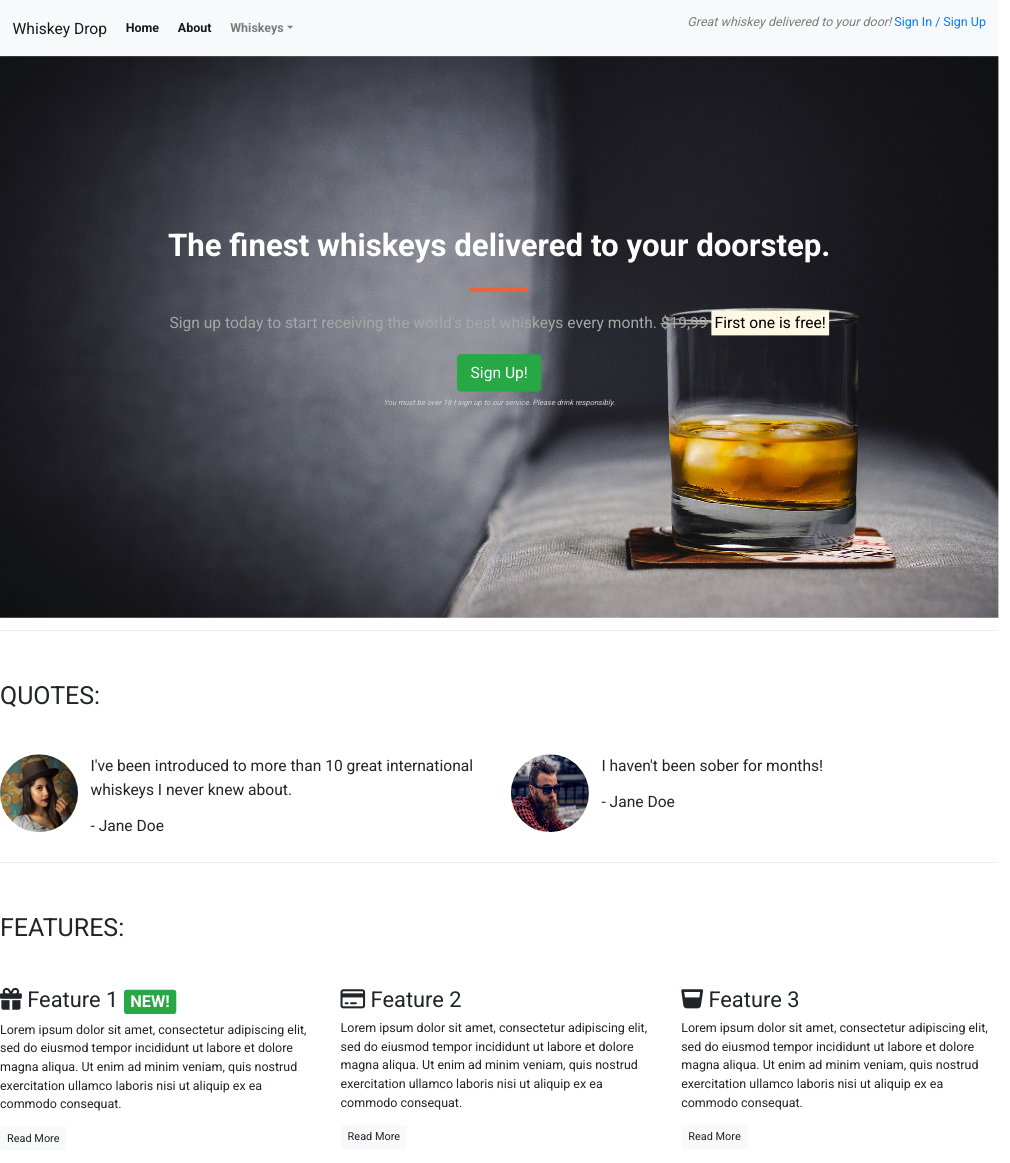
Repository: nitr-am/whiskey-project
Page: index.html
The author's editor kept a record of every edit. The page is drawn from the files as they stood at one moment, then again after the next edit.
The browser window is 1280 px wide. The page is 1295 px wide, so the pictures cover 1295 px, including what lies to the right of the window. The pictures show the whole page, at 78% of full size.
Backgrounds fixed to the window are drawn as part of the page. Some web libraries are served in a nearby version.

Above is the page before.

### index.html
<!DOCTYPE html>
<html lang="en-us">

<head>
    <meta charset="utf-8">
    <meta name="viewport" content="width=device-width, initial-scale=1.0">
    <title>Whiskey Drop | Taste a new whiskey every month</title>
    <link rel="stylesheet" href="https://maxcdn.bootstrapcdn.com/bootstrap/4.1.3/css/bootstrap.min.css">
    <script src="https://kit.fontawesome.com/079375249b.js"></script>
    <link href="https://fonts.googleapis.com/css?family=Roboto:400,700&display=swap" rel="stylesheet">
    <link rel="stylesheet" href="css/style.css" type="text/css" />
</head>

<body>
    <nav class="navbar navbar-light bg-light navbar-expand-sm">
        <a href="#" class="navbar-brand">Whiskey Drop</a>

        <button class="navbar-toggler ml-auto" type="button" data-toggle="collapse" data-target="#navbarNavDropdown" aria-controls="navbarNavDropdown" aria-expanded="false" aria-label="Toggle navigation">
            <span class="navbar-toggler-icon"></span>
        </button>
        <div class="collapse navbar-collapse" id="navbarNavDropdown">
            <ul class="navbar-nav mr-auto">
                <li class="active nav-item mr-2"><a href="/" class="nav-link">Home</a></li>
                <li class="active nav-item mr-2"><a href="/about" class="nav-link">About</a></li>
                <li class="nav-item dropdown">
                    <a class="nav-link dropdown-toggle" href="#" id="navbarDropdownMenuLink" role="button" data-toggle="dropdown" aria-haspopup="true" aria-expanded="false">Whiskeys</a>

                    <div class="dropdown-menu" aria-labelledby="navbarDropdownMenuLink">
                        <a class="dropdown-item" href="#">Irish</a>
                        <a class="dropdown-item" href="#">Scotch</a>
                        <a class="dropdown-item" href="#">Japanese</a>
                        <a class="dropdown-item" href="#">American</a>
                    </div>
                </li>
                <li class="active nav-item mr-2 d-block d-sm-none"><a href="/login" class="nav-link">Sign In / Sign Up</a></li>
            </ul>
        </div>
        <div class="d-none d-md-block">
            <p class="navbar-text my_auto -mr-2"><i>Great whiskey delivered to your door!</i></p>
            <a href="/login">Sign In / Sign Up</a>
        </div>
    </nav>


   <!--
   <div class="container alert-container">
        <div class="row d-none d-sm-block">
            <div class="col-12">
                <div class="alert alert-warning"><strong>Sale Now On!</strong> We've got a sale on. Get a 12-month subscription for the price of 6! <a href="#">See here for details!</a>
                </div>
            </div>
        </div>
    </div>
    -->


    <!-- Callout -->
    <div class="container-fluid callout-container">
        <div class="row">
            <div class="col-12">
                <section class="callout jumbotron text-center">
                    <h1 class="jumbotron-header">The finest whiskeys delivered to your doorstep.</h1>
                    <hr class="block-divider block-divider--orange">
                    <p class="lead">Sign up today to start receiving the world's best whiskeys every month.
                        <s class="d-none d-sm-inline">$19,99</s>
                        <span class="d-inline d-sm-none"><br></span>
                        <strong><mark>First one is free!</mark></strong></p>
                    <button class="btn btn-success btn-lg" data-toggle="modal" data-target="#signUpModal">Sign Up!</button>
                    <p class="text-muted "><small>You must be over 18 t sign up to our service. Please drink responsibly.</small></p>
                </section>
            </div>
        </div>
    </div>
    <!-- /.callout -->
    <hr>


    <!-- Quotes -->
    <div class="quotes-container">
        <section class="quotes ">
            <div class="row ">
                <div class="col-12 my-5">
                    <h2 class="text-uppercase">Quotes:</h2>
                </div>
            </div>
            <div class="row ">
                <div class="col-12 col-md-6">
                    <div class="media">
                        <div class="d-none d-sm-block">
                            <img src="images/girl-image.png" class="rounded-circle mr-3" height=100 width=100>
                        </div>
                        <div class="media-body">
                            <blockquote class="blockquote ">
                                <p>I've been introduced to more than 10 great international whiskeys I never knew about.</p>
                                <p>- Jane Doe</p>
                            </blockquote>
                        </div>
                    </div>
                </div>
                <div class="col-12 col-md-6 ">
                    <div class="media">
                        <div class="d-none d-sm-block">
                            <img src="images/guy-image.png" class="rounded-circle mr-3" height=100 width=100>
                        </div>
                        <div class="media-body">
                            <blockquote class="blockquote ">
                                <p>I haven't been sober for months!</p>
                                <p>- Jane Doe</p>
                            </blockquote>
                        </div>
                    </div>
                </div>
        </section>
        </div>
        <!-- /.quotes -->
        <hr>


        <!-- Features -->
        <div class="features-container">
            <section class="features ">
                <div class="row ">
                    <div class="col-12 my-5">
                        <h2 class="text-uppercase ">Features:</h2>
                    </div>
                </div>
                <div class="row ">
                    <div class="col-12 col-md-6 col-lg-4 ">
                        <div class="feature ">
                            <h3><i class="fas fa-gift d-none d-sm-inline"></i> Feature 1 <span class="badge badge-success">NEW!</span></h3>
                            <p>Lorem ipsum dolor sit amet, consectetur adipiscing elit, sed do eiusmod tempor incididunt ut labore et dolore magna aliqua. Ut enim ad minim veniam, quis nostrud exercitation ullamco laboris nisi ut aliquip ex ea commodo consequat.
                            </p>
                            <p><a class="btn btn-sm btn-light " href=" ">Read More</a></p>
                        </div>
                    </div>
                    <div class="col-12 col-md-6 col-lg-4 ">
                        <div class="feature ">
                            <h3><i class="far fa-credit-card d-none d-sm-inline"></i> Feature 2</h3>
                            <p>Lorem ipsum dolor sit amet, consectetur adipiscing elit, sed do eiusmod tempor incididunt ut labore et dolore magna aliqua. Ut enim ad minim veniam, quis nostrud exercitation ullamco laboris nisi ut aliquip ex ea commodo consequat.
                            </p>
                            <p><a class="btn btn-sm btn-light " href=" ">Read More</a></p>
                        </div>
                    </div>
                    <div class="col-12 d-md-none d-lg-block col-lg-4 ">
                        <div class="feature ">
                            <h3><i class="fas fa-glass-whiskey d-none d-sm-inline"></i> Feature 3</h3>
                            <p>Lorem ipsum dolor sit amet, consectetur adipiscing elit, sed do eiusmod tempor incididunt ut labore et dolore magna aliqua. Ut enim ad minim veniam, quis nostrud exercitation ullamco laboris nisi ut aliquip ex ea commodo consequat.
                            </p>
                            <p><a class="btn btn-sm btn-light " href=" ">Read More</a></p>
                        </div>
                    </div>
                </div>
            </section>
        </div>
        <!-- /.features -->

        <div class="modal" tabindex="-1" role="dialog" id="signUpModal">
            <div class="modal-dialog" role="document">
                <div class="modal-content">
                    <div class="modal-header">
                        <h5 class="modal-title">Sign Up To Whiskey Drop!</h5>
                        <button type="button" class="close" data-dismiss="modal" aria-label="Close">
          <span aria-hidden="true">&times;</span>
        </button>
                    </div>
                    <div class="modal-body">
                        <p>
                            <form>
                                <div class="form-group">
                                    <label for="exampleInputEmail1">Email address</label>
                                    <input type="email" class="form-control" id="exampleInputEmail1" aria-describedby="emailHelp" placeholder="Enter email">
                                    <small id="emailHelp" class="form-text text-muted">We'll never share your email with anyone else.</small>
                                </div>
                                <div class="form-group">
                                    <label for="password">Password</label>
                                    <input type="password" class="form-control" id="password" placeholder="Password">
                                </div>
                                <div class="form-group">
                                    <label for="repeatPassword"> Repeat Password</label>
                                    <input type="password" class="form-control" id="repeatPassword" placeholder="Repeat Password">
                                </div>

                                <button type="submit" class="btn btn-success">Submit</button>
                            </form>
                        </p>
                    </div>
                </div>
            </div>
        </div>


        <script src="https://code.jquery.com/jquery-3.3.1.slim.min.js" integrity="sha384-q8i/X+965DzO0rT7abK41JStQIAqVgRVzpbzo5smXKp4YfRvH+8abtTE1Pi6jizo" crossorigin="anonymous"></script>
        <script src="https://cdnjs.cloudflare.com/ajax/libs/popper.js/1.14.7/umd/popper.min.js" integrity="sha384-UO2eT0CpHqdSJQ6hJty5KVphtPhzWj9WO1clHTMGa3JDZwrnQq4sF86dIHNDz0W1" crossorigin="anonymous"></script>
        <script src="https://stackpath.bootstrapcdn.com/bootstrap/4.3.1/js/bootstrap.min.js" integrity="sha384-JjSmVgyd0p3pXB1rRibZUAYoIIy6OrQ6VrjIEaFf/nJGzIxFDsf4x0xIM+B07jRM" crossorigin="anonymous"></script>
</body>

</html>

### css/style.css
body {
    font-family: "Roboto", sans-serif;
}

.callout-container {
    height: 100vh;

    background: url("../images/whiskey-background.jpg") no-repeat bottom right fixed;
    -webkit-background-size: cover;
    -moz-background-size: cover;
    -o-background-size: cover;
    background-size: cover;

    display: flex;
    align-items: center;
    justify-content: center;

    position:relative;
}

.opaque-overlay {
    position: absolute;
    top: 0;
    left: 0;
    height: 100%;
    width: 100%;
    background-color: rgba(0, 0, 0, 0.5);
}

.quotes-container {}

.features-container {}

/* Block dividers */

.block-divider {
    width:75px;
    height:5px;
    border:0;
    background-color:#444;
}

.block-divider--orange {
    background-color: #f05f40;
}

.block-divider--short {
    width: 35px;
}

/* Navbar */

.navalert-container {
    position: absolute;
    top: 0;
    left: 0;
    z-index: 1;
    padding-left: 0;
    padding-right: 0;
}

.navbar {
    margin-bottom: 0;
    width: 100%;
    background-color: rgba(0, 0, 0, .25);
    border: 0;
}

.navbar .navbar-toggler {
    border:0;
}

.navbar-dark .navbar-brand {
    font-weight: bold;
}

.navbar .navbar-nav a {
    font-weight: bold;
}

.alert-container .col-12 {
    padding-left: 0;
    padding-right: 0;
}

.site-wide-alert {
    color: #544600;
    padding: 5px 15px;
    margin-bottom: 0;
    border: 1px solid transparent;
    border-radius: 0;
    background-color: #eec802;
    border-color: #eec802;
}

/* Jumbotrons */

.jumbotron {
    background-color: transparent;
}

.jumbotron h1 {
    color:white;
    font-weight: bold;
    margin-bottom: 30px;
}
.jumbotron .lead {
    margin:25px 0;
    color: #a7a7a7;
}
.jumbotron small {
    font-size:60%;
    font-style: italic;
    color: #d0d0d0;
}

/* Buttons */

.btn--cta {
    font-weight: bold;
    border-radius:23px;
    width:160px;
}
.btn--red {
    color:white;
    background-color: #f05f40;
    border-color:#f05f40;
}

.btn--red:hover,
.btn--red:active,
.btn--red:focus,
.btn--red:active:focus {
    background-color: #df4929;
    border-color: #df4929;
    color: white;
}

After the next edit:
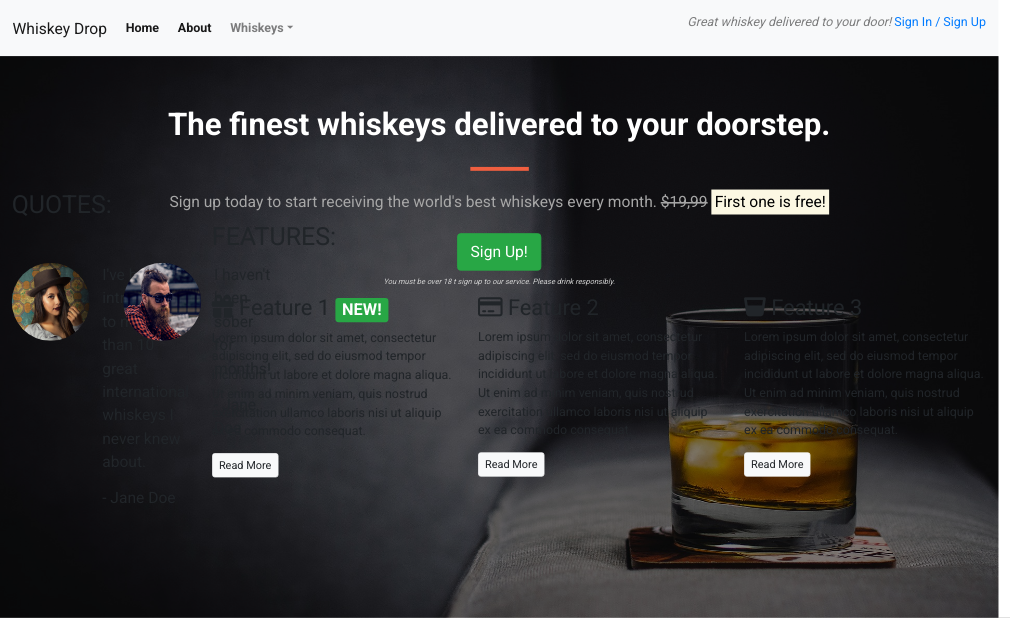
The edit:
--- a/index.html
+++ b/index.html
@@ -56,6 +56,7 @@
 
     <!-- Callout -->
     <div class="container-fluid callout-container">
+        <div class="opaque-overlay">
         <div class="row">
             <div class="col-12">
                 <section class="callout jumbotron text-center">
